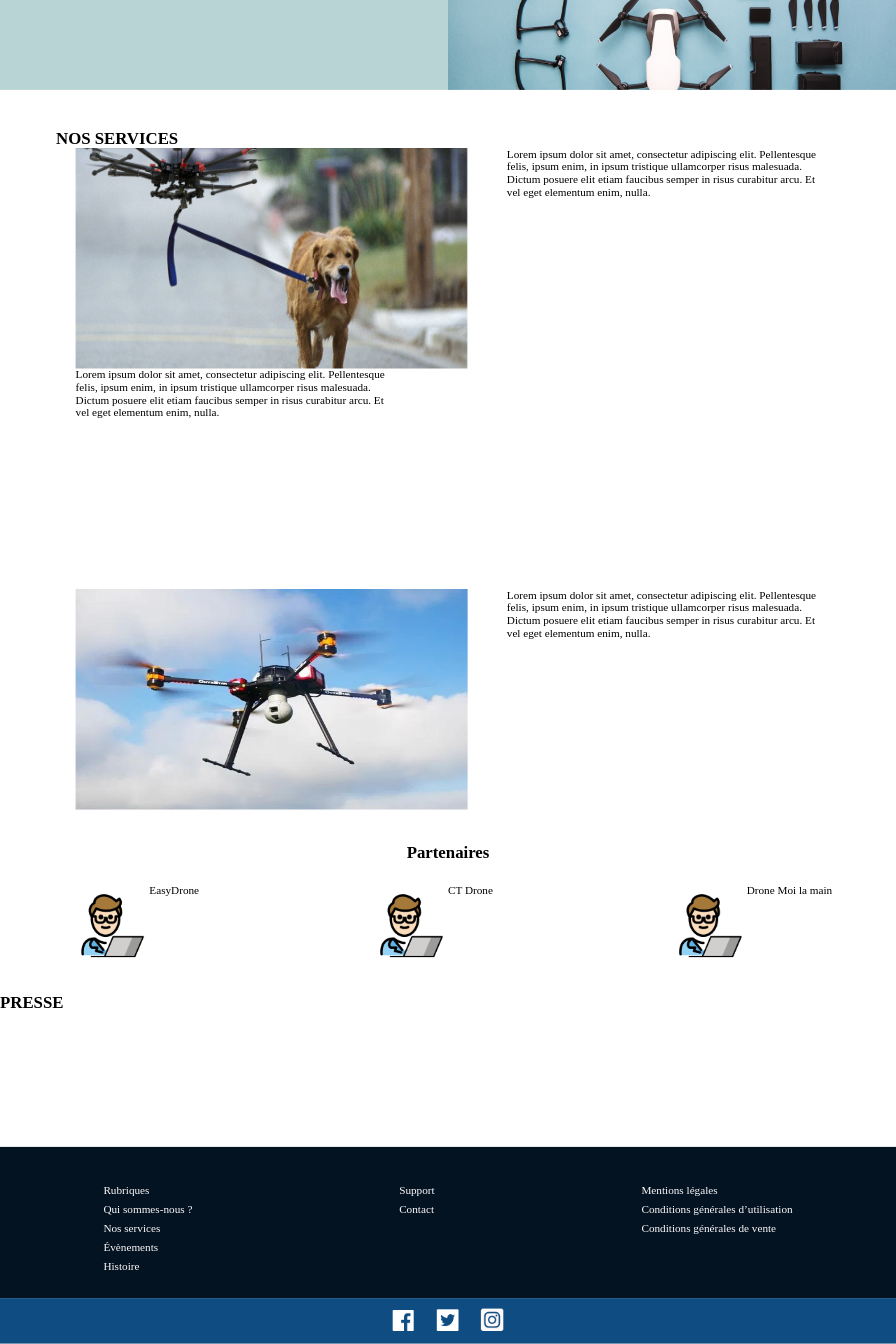
Repository: clairedupuich/serv_drone
Page: http://localhost/aceuille.html
The author's editor kept a copy of each file at every save. The page is drawn from the files as they stood at one save, then again after the next save.
The browser window is 1280 px wide. The pictures show the part of the page from y = 748 to 2668 px (the page is 2668 px tall), at 70% of full size.
Pictures or frames that could not be fetched are drawn as grey boxes. The page is run by PHP 8.4 with error messages shown; the project is at /var/www/html/.

Above is the page before, as saved 2020-11-01 22:37:42.

After the next save:
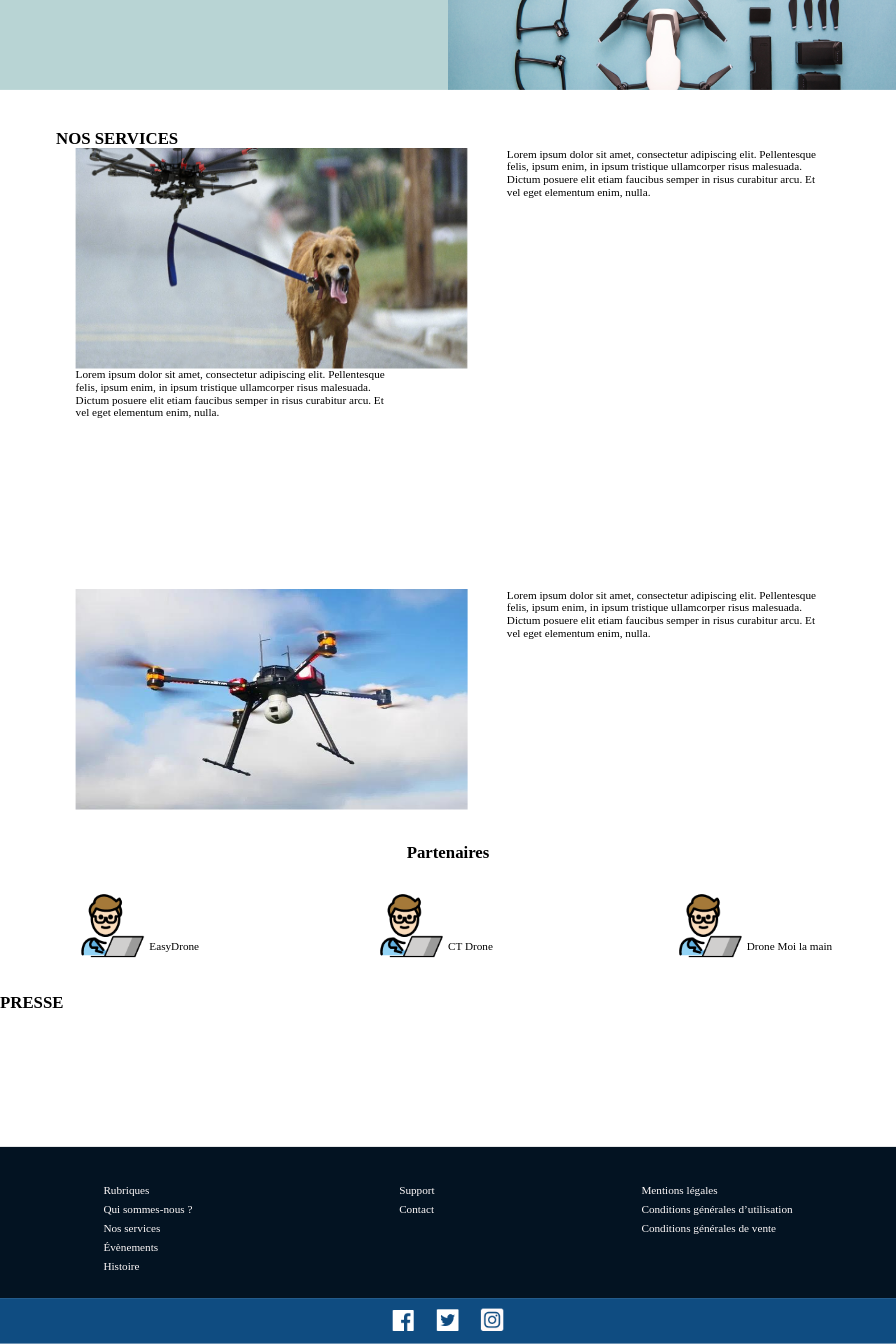
Saved 9 s later.
--- a/style.css
+++ b/style.css
@@ -649,5 +649,5 @@ form {
     margin: 2em auto;
 }
 .block-partner p {
-    padding-top: em;
-}
+    padding-top: 5em;
+}
